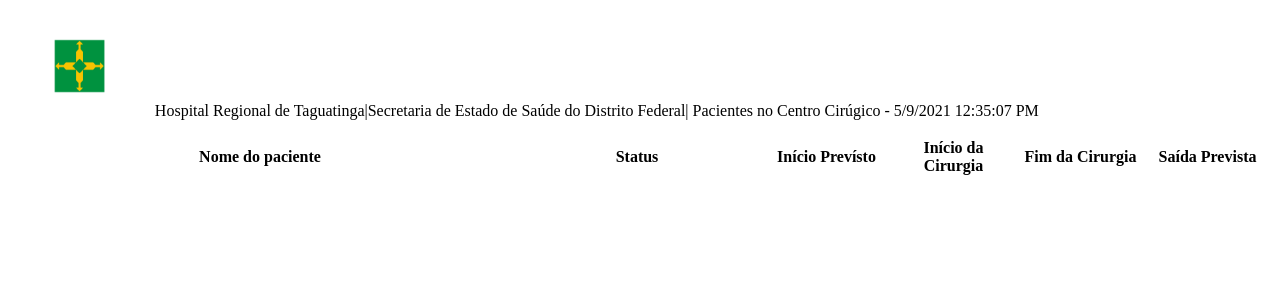
Repository: eduardo-r-jesus/Projeto_Centro_Cirurgico
Page: http://localhost/centro_cirurgico_web/
An editor plug-in stored every save of this project. The page is shown before and after the next save, followed by the edit.
The browser window is 1280 px wide. The pictures show the whole page.
The page is served by Tomcat 9.

Above is the page before, as saved 2021-09-05 13:02:14.
Console error: ReferenceError: documento is not defined
Not found: centro_cirurgico_web/centro_cirurgico_web/bootstrap.min.css

After the next save:
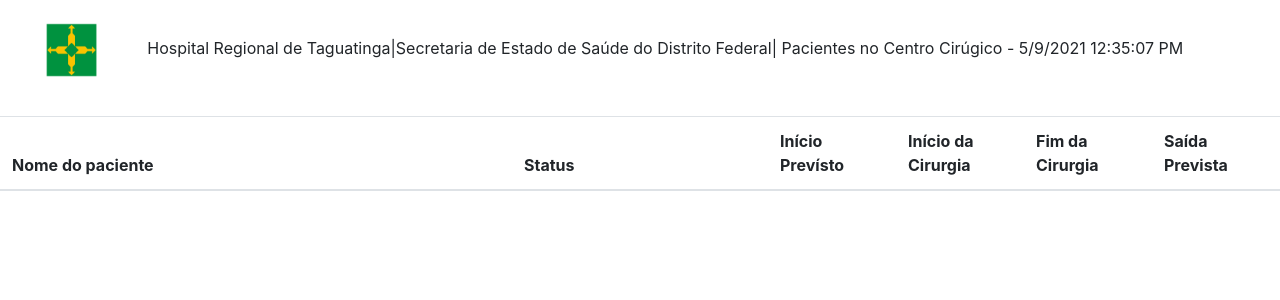
Saved 2 min 6 s later.
--- a/centro_cirurgico_web/src/main/webapp/index.jsp
+++ b/centro_cirurgico_web/src/main/webapp/index.jsp
@@ -5,7 +5,7 @@
 <head>
 <meta charset="UTF-8">
 <title>Painel Centro Cirúrgico</title>
-<link rel="stylesheet" href="bootstrap.min.css">
+<link rel="stylesheet" href="css/bootstrap.min.css">
 </head>
 <body>
 <p>
